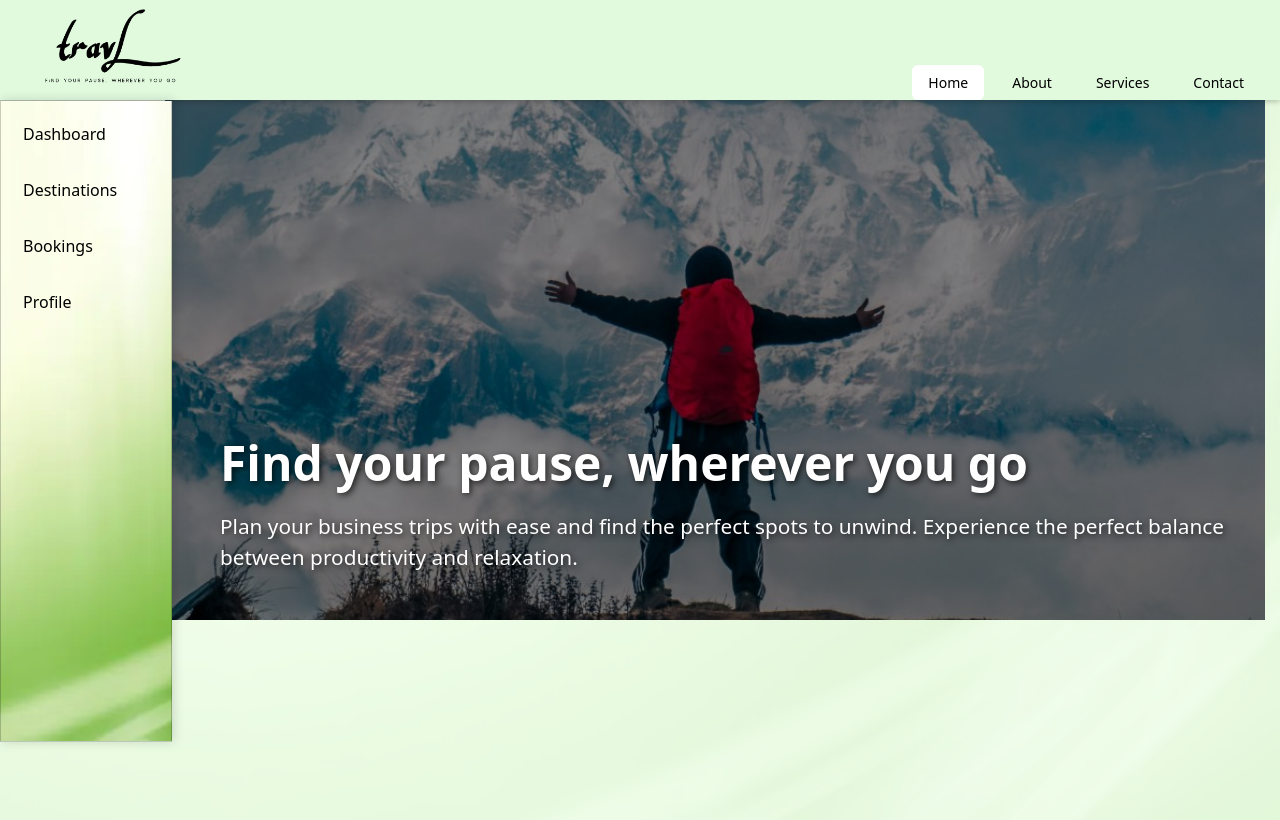
Repository: Nakib-Arman/Javafest25---travL
Page: / (app in Frontend/)
These files come from the project's save history. The page is drawn as it stood at one moment and after a run of saves; the edit follows.
The browser window is 1280 px wide. The pictures show the whole page.
The pointer rests on the first visible `.nav-buttons button`.
Pictures or frames that could not be fetched are drawn as grey boxes. The project was rebuilt for these pictures with package versions that can differ from the ones it lists, and the page was loaded fresh each time. Also part of the build but not shown: Frontend/vite.config.js.

Above is the page before, as saved 2025-08-13 12:35:59.

After the next 2 saves:
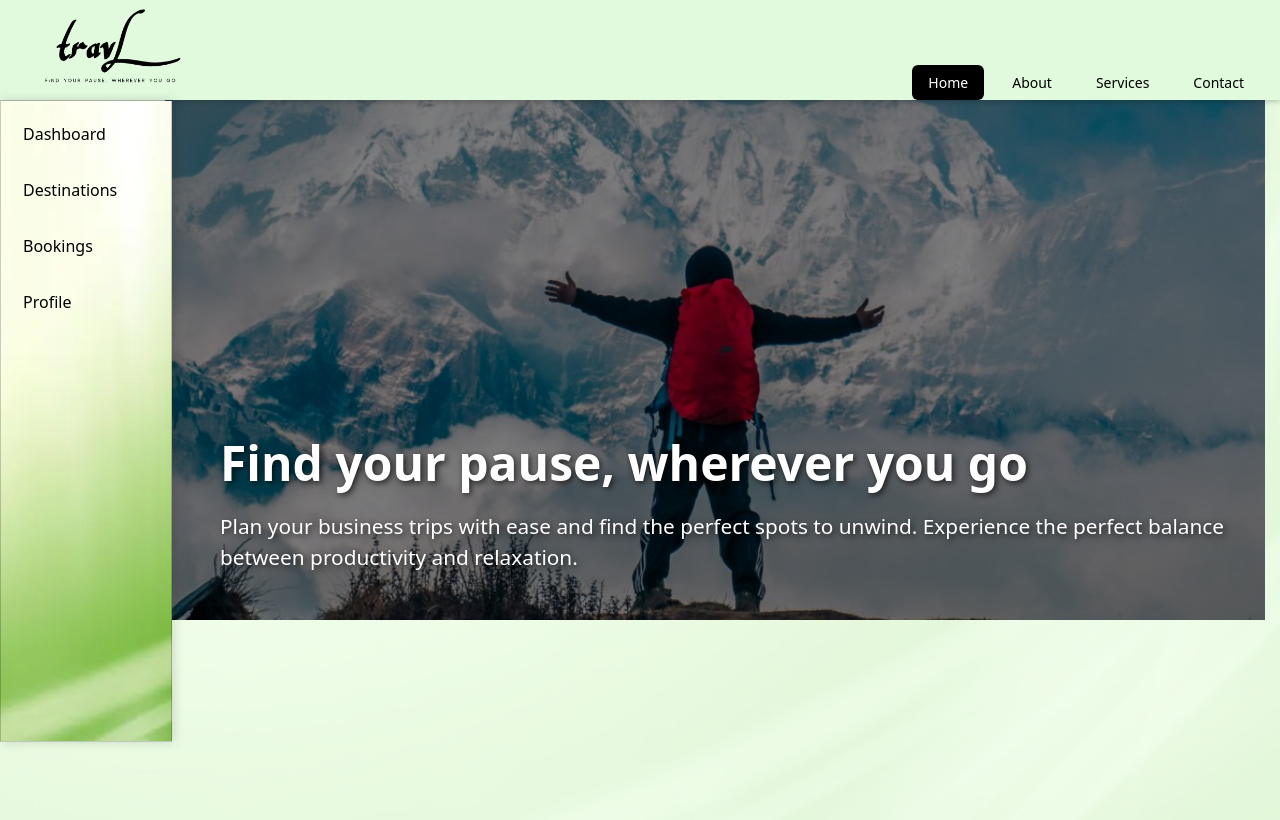
The 2 saves are shown as one change because they came seconds apart.
The last was saved 25 s later.
--- a/Frontend/src/CSS/Topbar.css
+++ b/Frontend/src/CSS/Topbar.css
@@ -44,6 +44,6 @@
   }
 
   .nav-buttons button:hover {
-    background-color: white;
-    color: black;
+    background-color: black;
+    color: white;
   }
